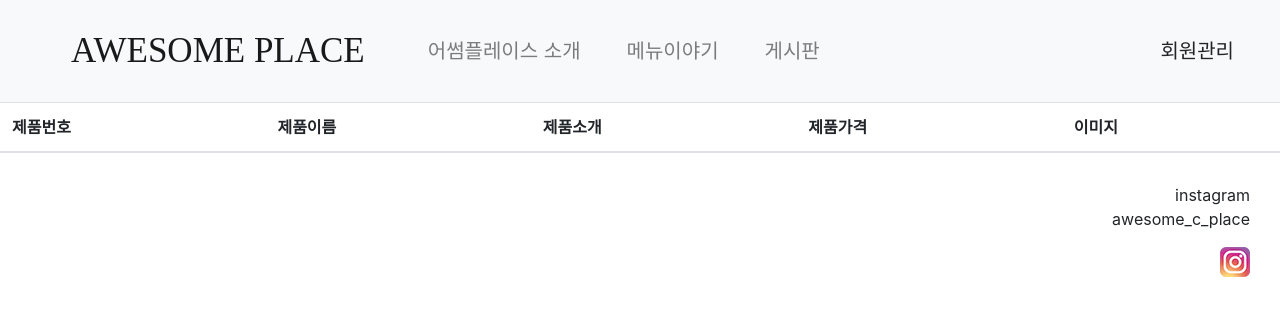
Repository: sikim0629/AwesomePlace
Page: http://localhost/awesomePlace/notice_board/게시판 예시.jsp
These files come from the project's save history. The page is drawn as it stood at one moment and after the next save; the edit follows.
The browser window is 1280 px wide. The pictures show the whole page.
The page is served by Tomcat 9. Other server files are loaded and not shown. Queries for data that is not in the repository find no rows.

Above is the page before, as saved 2021-11-13 12:06:36.

### awesomePlace/WebContent/notice_board/게시판 예시.jsp
<%@page import="dao.*"%>
<%@page import="java.util.ArrayList"%>
<%@ page language="java" contentType="text/html; charset=UTF-8"
	pageEncoding="UTF-8"%>
<!DOCTYPE html>
<html>
<head>
<meta charset="UTF-8">
<title>Insert title here</title>
</head>
<body>
	<%@ include file="/header.jsp"%>

	<%
		ArrayList<BoardObj> boards = (new BoardDAO()).getList();
	%>
	<table class="table table-hover">
		<thead>
			<tr>
				<th scope="col">제품번호</th>
				<th scope="col">제품이름</th>
				<th scope="col">제품소개</th>
				<th scope="col">제품가격</th>
				<th scope="col">이미지</th>
			</tr>
		</thead>
		<tbody>
			<%
				for (BoardObj borad : boards) {
			%>
			<tr>
				<th scope="row"><%=borad.getBid() %></th>
				<td><%=borad.getBtitle() %></td>
				<td><%=borad.getBcontent() %></td>
				<td><%=borad.getBdate() %></td>
				<td><a href="#" role="button">상세정보 &raquo;</a></td>
			</tr>
			<%
				}
			%>
		</tbody>
	</table>

	<%@ include file="/footer.jsp"%>
</body>
</html>

### awesomePlace/WebContent/header.jsp
<%@page import="java.util.*"%>
<%@ page language="java" contentType="text/html; charset=UTF-8"
    pageEncoding="UTF-8"%>
<%@ page import="dao.*" %>

<link rel="stylesheet" href="/resource/css/font.css">
<link href="https://cdn.jsdelivr.net/npm/bootstrap@5.1.3/dist/css/bootstrap.min.css" rel="stylesheet" integrity="sha384-1BmE4kWBq78iYhFldvKuhfTAU6auU8tT94WrHftjDbrCEXSU1oBoqyl2QvZ6jIW3" crossorigin="anonymous">
<link rel="stylesheet" href="https://stackpath.bootstrapcdn.com/bootstrap/4.3.1/css/bootstrap.min.css" integrity="sha384-ggOyR0iXCbMQv3Xipma34MD+dH/1fQ784/j6cY/iJTQUOhcWr7x9JvoRxT2MZw1T" crossorigin="anonymous">

<style>
.navbar-brand {
   font-family: 'Jeju Myeongjo', serif;
   font-size: 35px;
    margin-left: 40px;
    margin-right: 40px;
   text-align: center;
}

.nav-link {
    font-size: 20px;
    margin: 0px 15px;
    padding: 28px 0px;
}

.bd-placeholder-img {
  font-size: 1.125rem;
  text-anchor: middle;
  -webkit-user-select: none;
  -moz-user-select: none;
  -ms-user-select: none;
  user-select: none;
}

a , a:hover {
	color: #000000;
	text-decoration: none;
}

</style>

<nav class="navbar navbar-expand-lg navbar-light bg-light">
  <div class="container-fluid">
    <a class="navbar-brand" href="/main.jsp">AWESOME PLACE</a>
    <button class="navbar-toggler" type="button" data-bs-toggle="collapse" data-bs-target="#navbarScroll" aria-controls="navbarScroll" aria-expanded="false" aria-label="Toggle navigation">
      <span class="navbar-toggler-icon"></span>
    </button>
    <div class="collapse navbar-collapse" id="navbarScroll">
      <ul class="navbar-nav me-auto my-2 my-lg-0 navbar-nav-scroll" style="--bs-scroll-height: 100px;">
        <li class="nav-item dropdown">
          <a class="nav-link dropdown" href="#" id="navbarScrollingDropdown" role="button" data-bs-toggle="dropdown" aria-expanded="false">
            	어썸플레이스 소개
          </a>
          <ul class="dropdown-menu" aria-labelledby="navbarScrollingDropdown">
            <li><a class="dropdown-item" href="/intro/intro.jsp">카페연혁</a></li>
            <li><a class="dropdown-item" href="/intro/branch.jsp">매장찾기</a></li>
          </ul>
        </li>

        <li class="nav-item dropdown">
          <a class="nav-link dropdown" href="#" id="navbarScrollingDropdown" role="button" data-bs-toggle="dropdown" aria-expanded="false">
            	메뉴이야기
          </a>
          <ul class="dropdown-menu" aria-labelledby="navbarScrollingDropdown">
            <li><a class="dropdown-item" href="/menu/mCoffee.jsp">COFFEE</a></li>
            <li><a class="dropdown-item" href="/menu/mTea.jsp">TEA</a></li>
            <li><a class="dropdown-item" href="/menu/mDessert.jsp">DESSERT</a></li>
          </ul>
        </li>

        <li class="nav-item dropdown">
          <a class="nav-link dropdown" href="#" id="navbarScrollingDropdown" role="button" data-bs-toggle="dropdown" aria-expanded="false">
            	게시판
          </a>
          <ul class="dropdown-menu" aria-labelledby="navbarScrollingDropdown">
            <li><a class="dropdown-item" href="/event/eventList.jsp">공지사항 및 이벤트</a></li>
            <li><a class="dropdown-item" href="/board/listBoard.jsp">게시판</a></li>
          </ul>
        </li>
		 </ul>
<!-- 		 로그인 버튼 맨 우측으로 보내기 -->
			<ul class="nav justify-content-end">
			  <li class="nav-item dropdown">
		<%
		// 현재 로그인 된 아이디 세션
			String userID = null;
			if (session.getAttribute("id") != null) {
				userID = (String) session.getAttribute("id");
			}

			if (userID == null) {
		%>
		          <a class="nav-link dropdown" id="navbarScrollingDropdown" role="button" data-bs-toggle="dropdown" aria-expanded="false">
		            	회원관리
		          </a>
		          <ul class="dropdown-menu" aria-labelledby="navbarScrollingDropdown">
		            <li><a class="dropdown-item" href="/member/Login.jsp">로그인</a></li>
		            <li><a class="dropdown-item" href="/member/Join.jsp">회원가입</a></li>
		          </ul>
		<%
			// 관리자 아이디일 때
			} else if (userID != null && userID.equals("admin")) {
		%>
				  <a class="nav-link dropdown" id="navbarScrollingDropdown" role="button" data-bs-toggle="dropdown" aria-expanded="false">
		            	<%=userID %>님, 환영합니다!
		          </a>
		          <ul class="dropdown-menu" aria-labelledby="navbarScrollingDropdown">
		            <li><a class="dropdown-item" href="/member/Logout.jsp">로그아웃</a></li>
		            <li><a class="dropdown-item" href="/member/ListMember.jsp">회원관리</a></li>
		          </ul>
		<%
			// 일반 아이디
			} else {
		%>
		          <a class="nav-link dropdown" id="navbarScrollingDropdown" role="button" data-bs-toggle="dropdown" aria-expanded="false">
		            	<%=userID %>님, 환영합니다!
		          </a>
		          <ul class="dropdown-menu" aria-labelledby="navbarScrollingDropdown">
		            <li><a class="dropdown-item" href="/member/Logout.jsp">로그아웃</a></li>
		            <li><a class="dropdown-item" href="/member/myListMember.jsp">회원탈퇴</a></li>
		          </ul>
		<%
			}
		%>
		        </li>
	        </ul>

    </div>
  </div>
</nav>

### awesomePlace/WebContent/footer.jsp
<%@ page language="java" contentType="text/html; charset=UTF-8"
    pageEncoding="UTF-8"%>
<style>
.insta-text{
	margin-top: 30px;
	margin-right: 30px;
}
.insta-img{
	margin-right: 30px;
}
</style>
	<p class="text insta-text" align="right">
		instagram<br>
		awesome_c_place
	<div class="insta-img" align="right">
		<a href="https://www.instagram.com/awesome_c_place/" target="blank">
		<img src="/resource/images/bg/insta.png">
		</a>
   	</div>
	</p>


<script src="https://cdn.jsdelivr.net/npm/bootstrap@5.1.3/dist/js/bootstrap.bundle.min.js" integrity="sha384-ka7Sk0Gln4gmtz2MlQnikT1wXgYsOg+OMhuP+IlRH9sENBO0LRn5q+8nbTov4+1p" crossorigin="anonymous"></script>

### awesomePlace/src/dao/BoardDAO.java
package dao;

import java.sql.*;
import java.time.LocalDate;
import java.util.ArrayList;

import javax.naming.*;
import util.ConnectionPool;

public class BoardDAO {

	public boolean insert(String title, String content, String filename) throws NamingException, SQLException {
		Connection conn = null;
		PreparedStatement stmt = null;
		String member = "admin";

		try {
			String sql = "INSERT INTO borad(btitle,bcontent,bmember,bfilename,bdate) VALUES(?,?,?,?,?)";

			conn = ConnectionPool.get();
			stmt = conn.prepareStatement(sql);
			stmt.setString(1, title);
			stmt.setString(2, content);
			stmt.setString(3, member);
			stmt.setString(4, filename);
			stmt.setString(5, LocalDate.now().toString());

			int count = stmt.executeUpdate();

			return (count == 1) ? true : false;

		} finally {
			if (stmt != null) stmt.close();
			if (conn != null) conn.close();
		}
	}

	public ArrayList<BoardObj> getList() throws NamingException, SQLException {
		Connection conn = null;
		PreparedStatement stmt = null;
		ResultSet rs = null;

		try {
			String sql = "SELECT * FROM board";

			conn = ConnectionPool.get();
			stmt = conn.prepareStatement(sql);
			rs = stmt.executeQuery();

			ArrayList<BoardObj> board = new ArrayList<BoardObj>();

			while (rs.next()) {
				board.add(new BoardObj(rs.getString("bid"), rs.getString("btitle"), rs.getString("bcontent"),
						rs.getString("bmember"), rs.getString("bfilename"), rs.getString("bdate")));
			}

			return board;
		} finally {
			if (stmt != null) stmt.close();
			if (conn != null) conn.close();
			if (rs != null) rs.close();
		}
	}

	public BoardObj getDetail(String bid) throws NamingException, SQLException {
		Connection conn = null;
		PreparedStatement stmt = null;
		ResultSet rs = null;

		try {
			String sql = "SELECT * FROM board WHERE bid = ?";

			conn = ConnectionPool.get();
			stmt = conn.prepareStatement(sql);
			stmt.setString(1, bid);
			rs = stmt.executeQuery();

			rs.next();

			String id = rs.getString(1);
			String title = rs.getString(2);
			String content = rs.getString(3);
			String member = rs.getString(4);
			String filename = rs.getString(5);
			String date = rs.getString(6);

			BoardObj board = new BoardObj(id, title, content, member, filename, date);

			return board;
		} finally {
			if (rs != null) rs.close();
			if (stmt != null) stmt.close();
			if (conn != null) conn.close();
		}

	}

}

### awesomePlace/src/util/ConnectionPool.java
package util;

import java.sql.*;
import javax.naming.*;
import javax.sql.DataSource;

public class ConnectionPool {
	private static DataSource _ds = null;

	public static Connection get() throws NamingException, SQLException {
		if (_ds == null ) {
			_ds = (DataSource) (new InitialContext()).lookup("java:comp/env/jdbc/awesomeplace");
		}
		return _ds.getConnection();
	}
}

Loaded but not shown: awesomePlace/WebContent/resource/css/font.css (no copy from this time; the picture is the same without it)

After the next save:
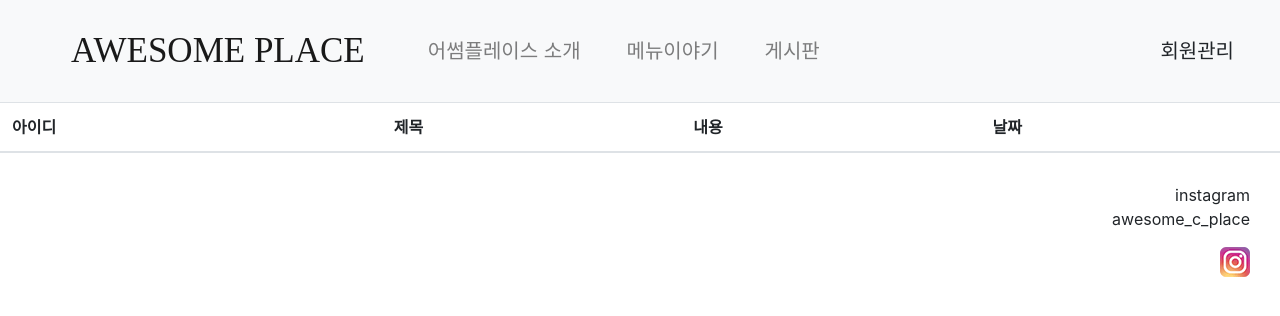
Saved 3 min 11 s later.
--- a/awesomePlace/WebContent/notice_board/게시판 예시.jsp
+++ b/awesomePlace/WebContent/notice_board/게시판 예시.jsp
@@ -17,11 +17,10 @@
 	<table class="table table-hover">
 		<thead>
 			<tr>
-				<th scope="col">제품번호</th>
-				<th scope="col">제품이름</th>
-				<th scope="col">제품소개</th>
-				<th scope="col">제품가격</th>
-				<th scope="col">이미지</th>
+				<th scope="col">아이디</th>
+				<th scope="col">제목</th>
+				<th scope="col">내용</th>
+				<th scope="col">날짜</th>
 			</tr>
 		</thead>
 		<tbody>
